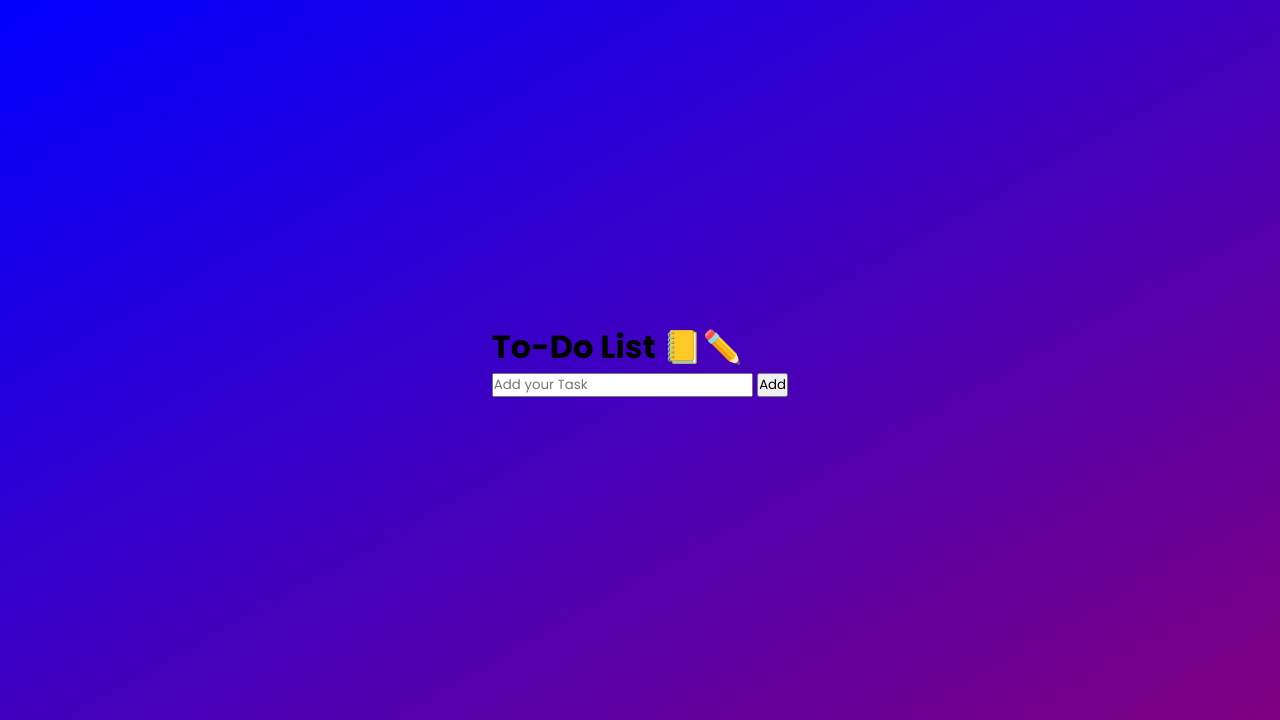
Repository: Ankitkr2021/To-Do-List
Page: index.html
These files come from the project's save history. The page is drawn as it stood at one moment and after the next save; the edit follows.
The browser window is 1280 px wide. The pictures show the whole page.

Above is the page before, as saved 2025-10-03 10:00:51.

After the next save:
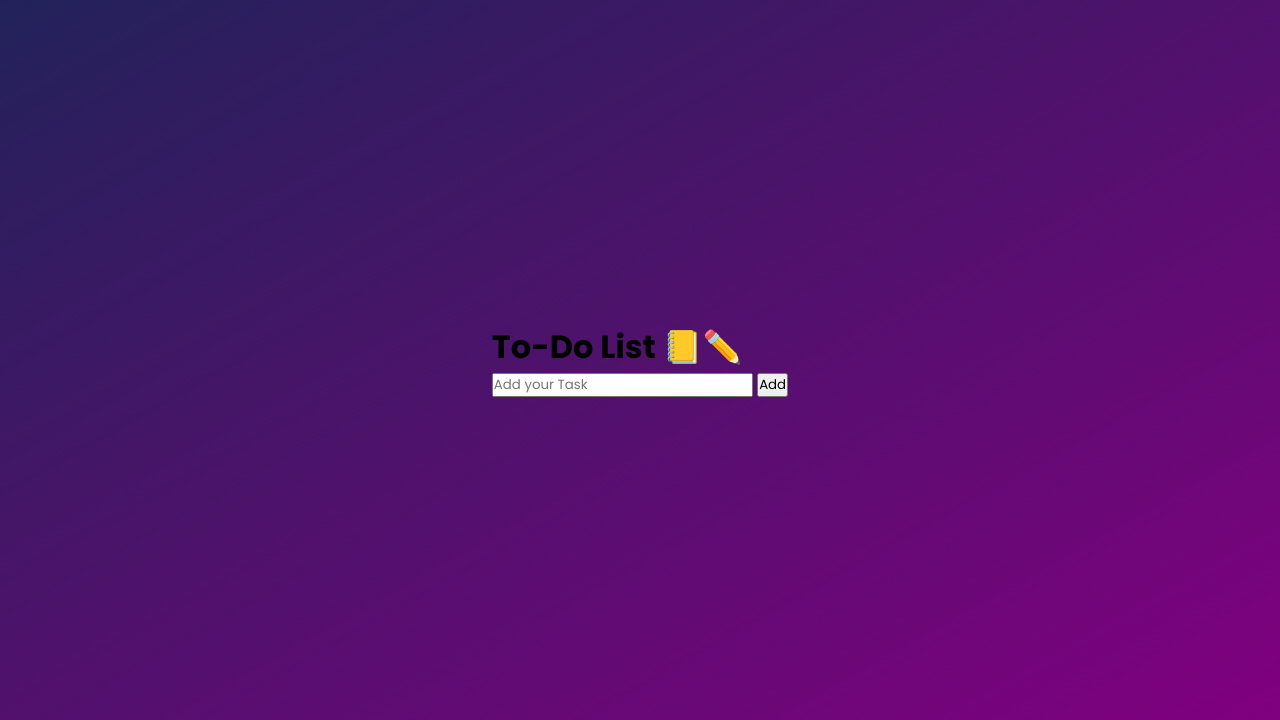
Saved 14 s later.
--- a/style.css
+++ b/style.css
@@ -12,5 +12,5 @@ body{
     justify-content: center;
     align-items: center;
     height: 100vh;
-    background: linear-gradient(to bottom right, blue, purple);
+    background: linear-gradient(to bottom right, rgb(34, 34, 90), purple);
 }
